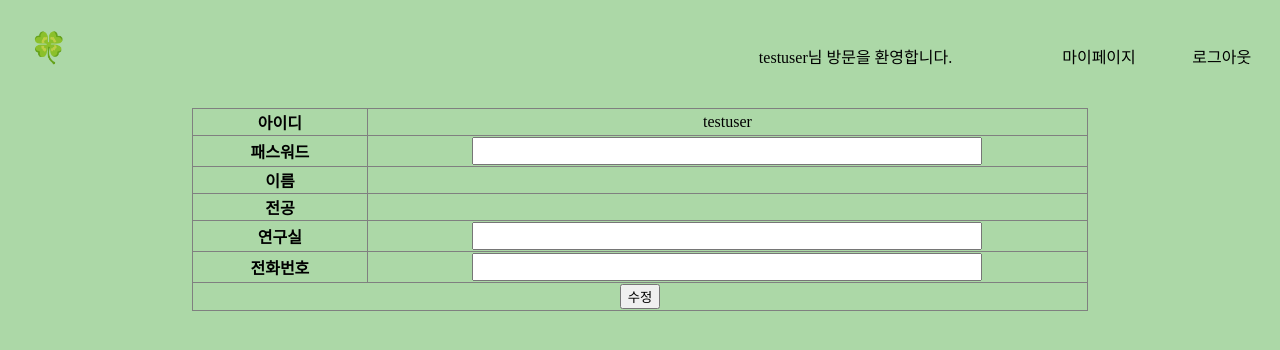
Repository: bokyung124/Enrolment_jsp
Page: http://localhost/lab/update_prof.jsp
An editor plug-in stored every save of this project. The page is shown before and after the next save, followed by the edit.
The browser window is 1280 px wide. The pictures show the whole page.
Some web fonts or font styles are not loaded; a fallback is used. The page is served by Tomcat 9. The session is filled in as if someone had signed in: {"user": "testuser"}. Queries for data that is not in the repository find no rows.

Above is the page before, as saved 2023-05-30 15:50:13.

After the next save:
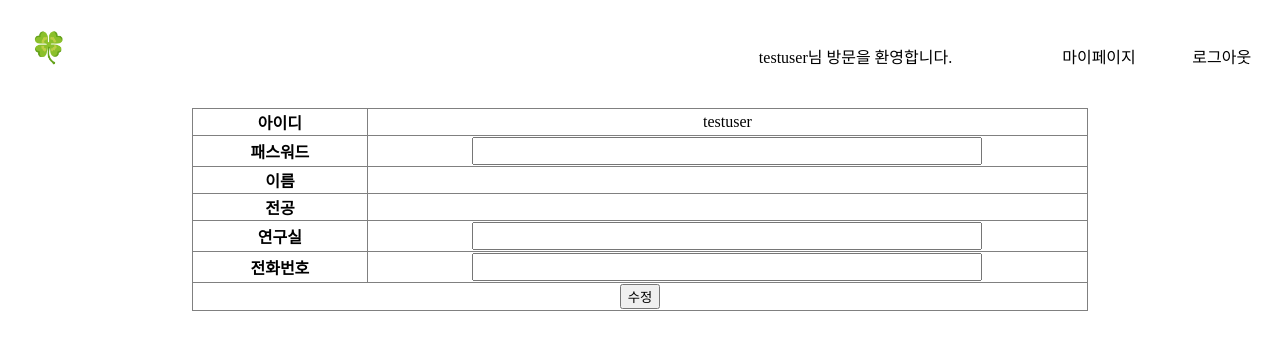
Saved 22 min 53 s later.
--- a/lab/lab/src/main/webapp/update_prof.jsp
+++ b/lab/lab/src/main/webapp/update_prof.jsp
@@ -8,7 +8,7 @@
 <meta charset="UTF-8">
 <title>교수 정보 수정</title>
 </head>
-<body class = "loginDiv">
+<body>
 	<%@ include file="user.jsp"%>
 	<br>
 	<center>
